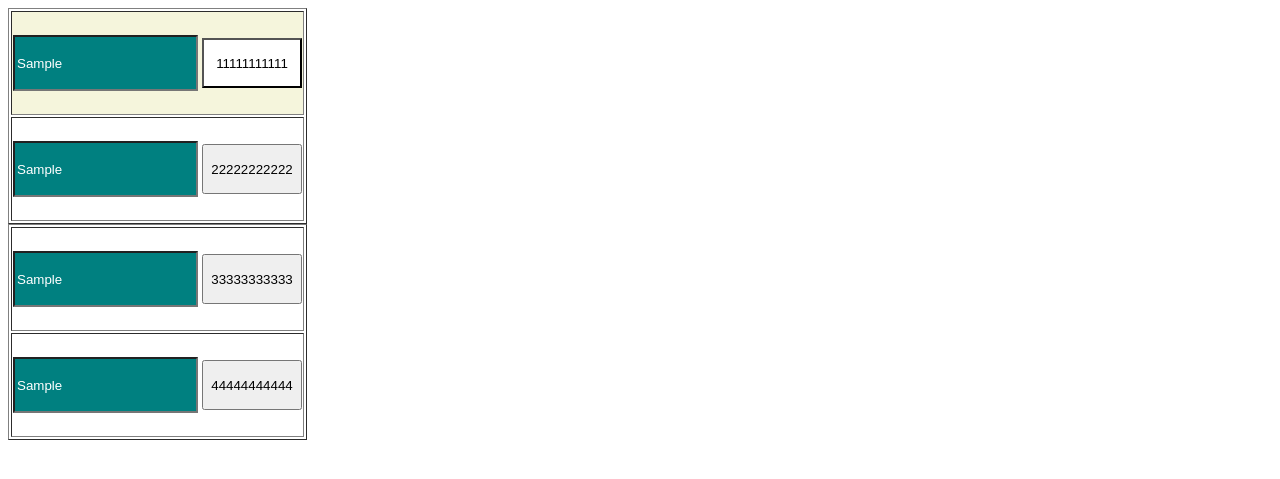
Repository: AgentHyun/FishDalle3
Page: Feb14_1_jQuery/WebContent/2_DOM_Select.html
These files come from the project's save history. The page is drawn as it stood at one moment and after the next save; the edit follows.
The browser window is 1280 px wide. The pictures show the whole page.
Empty fields were first filled with sample values (such as "Sample", 5 or name@example.com).
After loading, the first visible `button` was clicked once.

Above is the page before, as saved 2025-02-14 02:29:49.

After the next save:
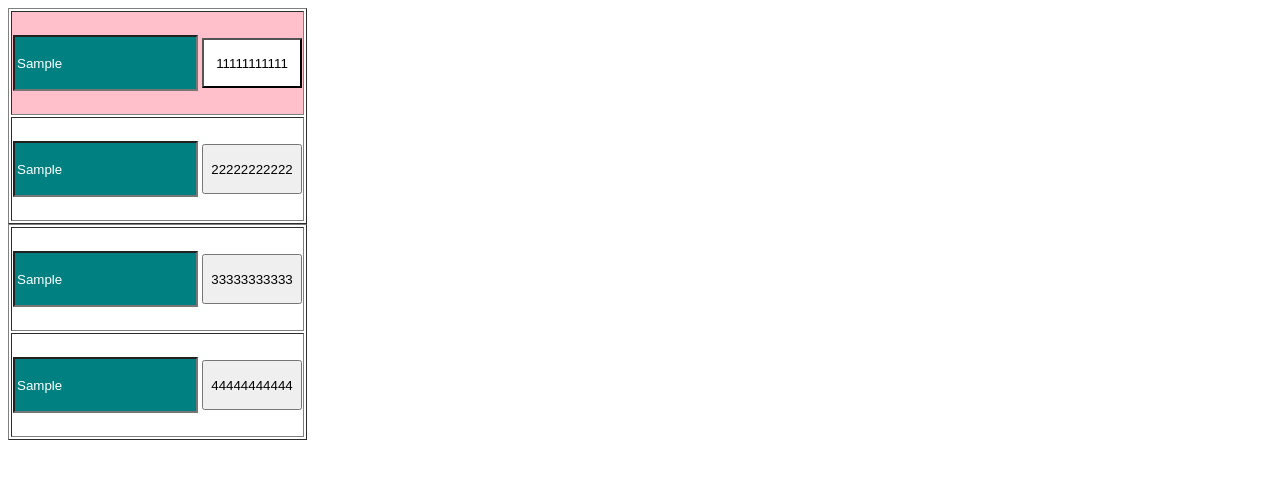
Saved 12 s later.
--- a/Feb14_1_jQuery/WebContent/2_DOM_Select.html
+++ b/Feb14_1_jQuery/WebContent/2_DOM_Select.html
@@ -30,7 +30,7 @@ $(function(){
            //누른 버튼이 있는 td에 배경색을 주기
            //parent() : 내가 누른 this의 한단계 상위 DOM객체
            // cf) 한단계 하위 객체 : children()
-           $(this).parent().css("background-color", "beige");
+           $(this).parent().css("background-color", "pink");
    });
 
 
